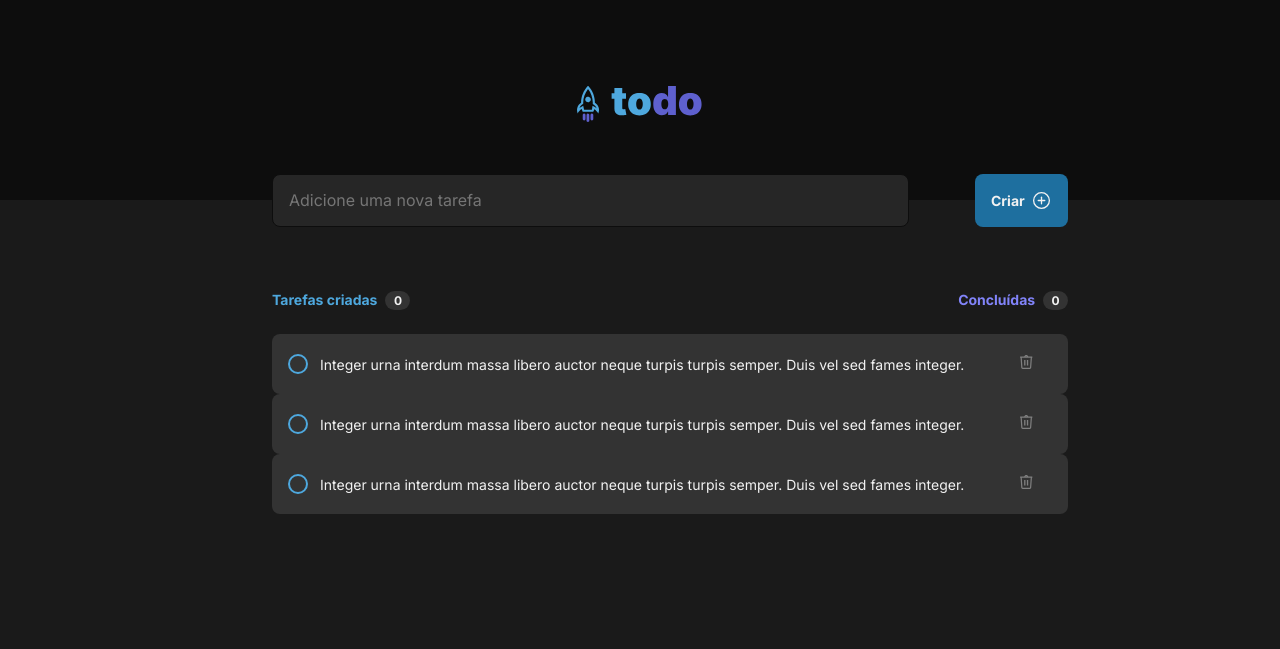
Repository: viniimartins/ToDoListROCKETSEAT
Page: /
The author's editor kept a copy of each file at every save. The page is drawn from the files as they stood at one save, then again after the next save.
The browser window is 1280 px wide. The pictures show the whole page.
The project was rebuilt for these pictures with package versions that can differ from the ones it lists, and the page was loaded fresh each time. Also part of the build but not shown: vite.config.ts.

Above is the page before, as saved 2023-05-08 14:23:07.

After the next save:
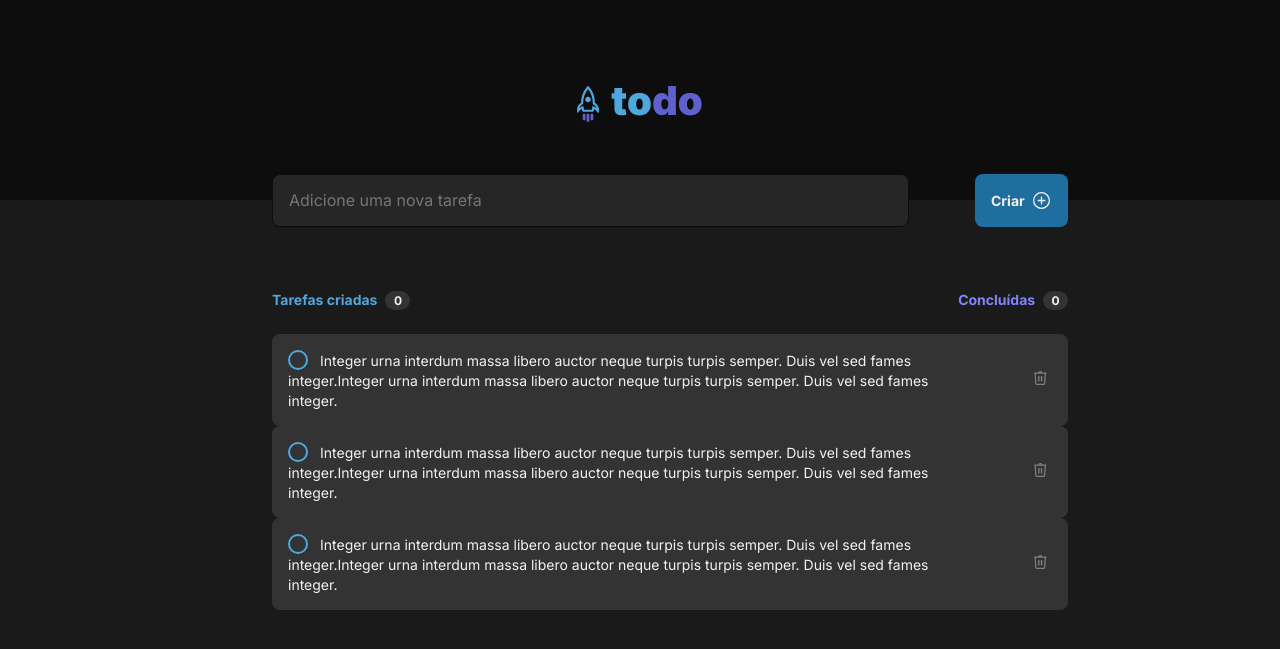
Saved 14 s later.
--- a/src/Components/TaskCreated.tsx
+++ b/src/Components/TaskCreated.tsx
@@ -20,6 +20,7 @@ export function TaskCreated({ label }: Props) {
         <span className={styles.checkmark}></span>
         <span className={styles.label}>
           Integer urna interdum massa libero auctor neque turpis turpis semper.
+          Duis vel sed fames integer.Integer urna interdum massa libero auctor neque turpis turpis semper.
           Duis vel sed fames integer.
         </span>
       </label>
